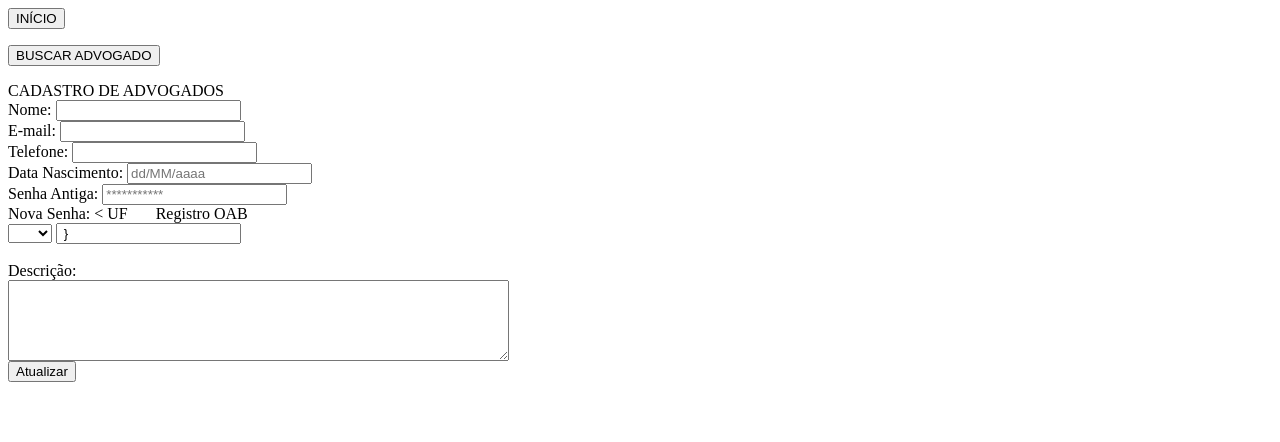
Repository: Natan16/CRUDJUSTTO
Page: http://localhost/CRUDJUSTTOWEB/edita-advogado.jsp
The author's editor kept a copy of each file at every save. The page is drawn from the files as they stood at one save, then again after the next save.
The browser window is 1280 px wide. The pictures show the whole page.
The page is served by Tomcat 9. Other server files are loaded and not shown.

Above is the page before, as saved 2019-09-01 00:53:19.

### CRUDJUSTTOWEB/WebContent/edita-advogado.jsp
<%@ page import="utils.Listagens,
				 java.util.List,
                  dao.*,
                  model.*" %>

<html>
     <body>

     	<form action="index.html" method="post">
			<input type="submit" value="INÍCIO" >
		</form>

		<form action="consulta-advogado.jsp" method="post">
			<input type="submit" value="BUSCAR ADVOGADO" >
		</form>
          CADASTRO DE ADVOGADOS <br />

      	<form action="editaAdvogado">


			 Nome: <input type="text" name="nome" value="${param.nome}"  required/><br />
         	 E-mail: <input type="text" name="email" value="${param.email}" required/><br />
             Telefone: <input type="text" name="telefone" value="${param.telefone}"/><br />
             Data Nascimento: <input type="text" name="dataNascimento" placeholder="dd/MM/aaaa"/><br />
             Senha Antiga: <input type="password" name="senha" placeholder="***********" required/><br />
             Nova Senha: <


                          UF &nbsp;&emsp; Registro OAB <br />
             <select name="ufOAB">
           		<option selected>${param.ufOAB}</option>
             	<%
             	List<String> ufs = Listagens.getUfs();
			 	for (String uf : ufs ) {
                %>
                	<option value=<%=uf %>><%=uf%></option>
                <%
                }
                %>
  			 </select>
  			 <input type="text" name="registroOAB" value = "${param.registroOAB} }"/><br />
  			 <br />

             Descrição: <br />
             <textarea rows = "5" cols = "60" name = "desc"  value = "${param.descricao}"></textarea><br>
             <input   type="submit" value="Atualizar" />
         </form>

     </body>
 </html>

### CRUDJUSTTOWEB/src/utils/Listagens.java
package utils;

import java.util.ArrayList;
import java.util.List;


public class Listagens {
	private static List<String> ufs = new ArrayList<>(
			  List.of("AC","AL","AM","AP","BA","CE","DF","ES","GO","MA","MG","MS","MT","PA","PB","PE","PI",
			"PR","RJ","RN","RO","RR","RS","SC","SE","SP","TO"));

	public static List<String> getUfs() {
		return ufs;
	}

	private static List<Character> tiposDeRegistro = new ArrayList<>(
			  List.of('A', 'B' , 'E' , 'N' , 'P' , 'D'));

	public static List<Character> getTiposDeRegistro() {
		return tiposDeRegistro;
	}

}

After the next save:
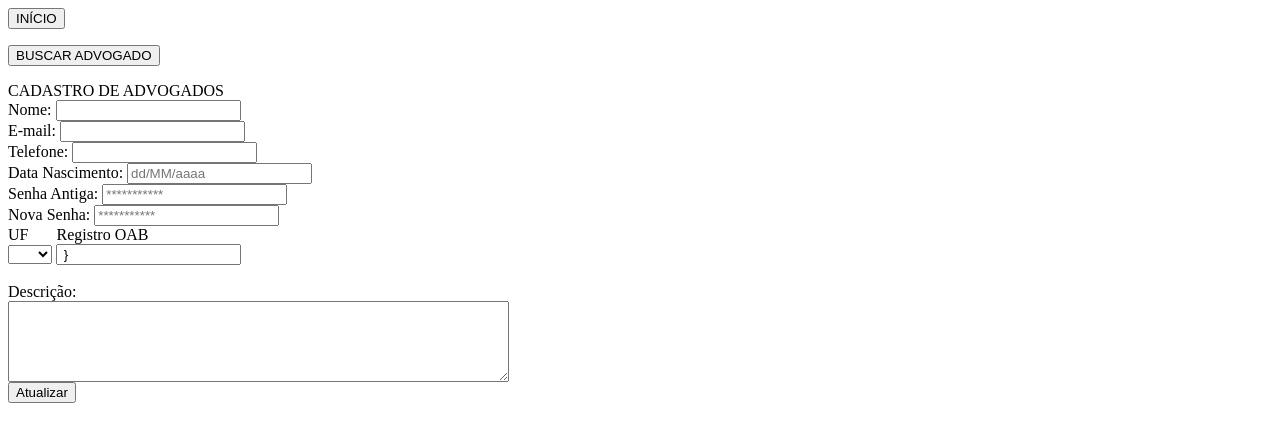
Saved 20 s later.
--- a/CRUDJUSTTOWEB/WebContent/edita-advogado.jsp
+++ b/CRUDJUSTTOWEB/WebContent/edita-advogado.jsp
@@ -23,7 +23,7 @@
              Telefone: <input type="text" name="telefone" value="${param.telefone}"/><br />
              Data Nascimento: <input type="text" name="dataNascimento" placeholder="dd/MM/aaaa"/><br />
              Senha Antiga: <input type="password" name="senha" placeholder="***********" required/><br />
-             Nova Senha: <
+             Nova Senha: <input type="password" name="senha" placeholder="***********" required/><br />
 
 
                           UF &nbsp;&emsp; Registro OAB <br />
